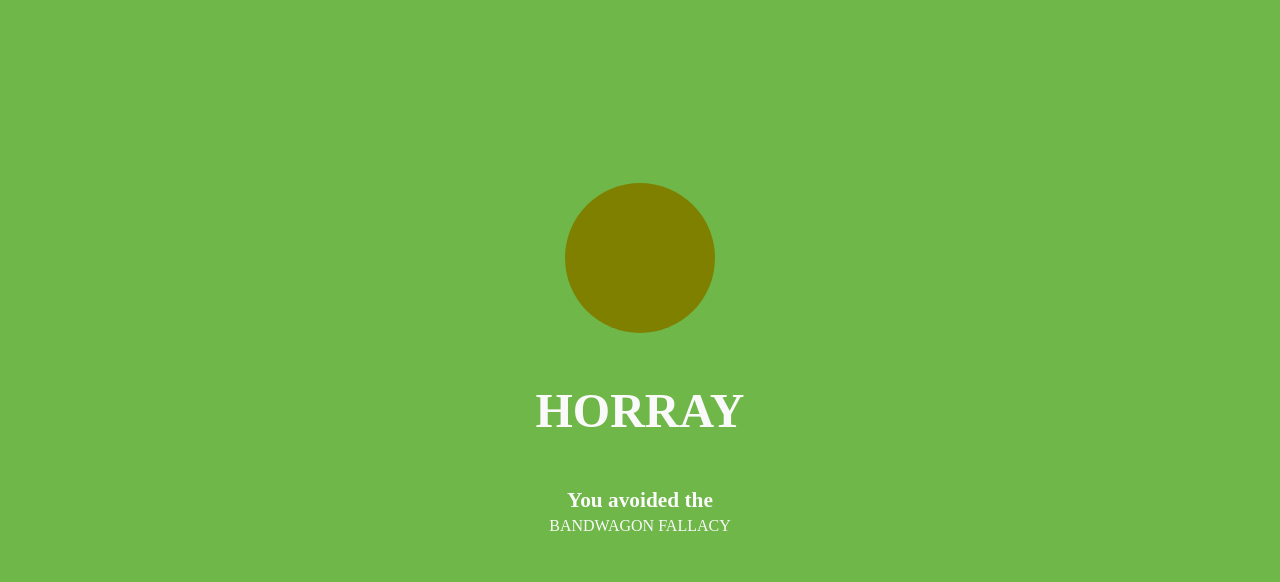
Repository: cindyvunguyen/fallacy
Page: index.html
The author's editor kept a copy of each file at every save. The page is drawn from the files as they stood at one save, then again after the next save.
The browser window is 1280 px wide. The pictures show the whole page.
Some web fonts or font styles are not loaded; a fallback is used.

Above is the page before, as saved 2020-03-12 16:23:15.

### index.html
<!DOCTYPE html>
<html lang="en">
<head>
    <meta charset="UTF-8">
    <meta name="viewport" content="width=device-width, initial-scale=1.0">
    <title>FALLACIES</title>
    <link href="style.css" rel="stylesheet" type="text/css">
</head>
<body>
    <div id="app">

        <!-- CINDY START -->

        <div id="home-page"></div>

        <div id="lets-start-page"></div>

        <div id="question-page"></div>

        <!-- CINDY END -->

        <!-- SOPHIA START -->

        <div id="correct-page">
            <div id="correct-icon"></div>
            <div id="cp-text1">HORRAY</div>
            <div id="cp-a-outcome">
                <div id="cp-text2">You avoided the</div>
                <div id="cp-fallact">BANDWAGON FALLACY</div>
            </div>
        </div>

        <div id="incorrect-page"></div>

        <!-- the two above pages technically have the same HTML. so you can only have 1 div and change the CSS through JS. it's entirely up to you. -->

        <div id="results-page"></div>

        <div id="game-over-page"></div>

        <!-- the two above pages technically have the same HTML, so you can only have 1 div and change the CSS through JS. it's entirely up to you. -->

        <!-- SOPHIA END -->

        <!-- CHLOE START -->

        <div id="review-page"></div>

        <div id="review2-page"></div>

        <div id="fallacy-review-page"></div>

        <div id="three-fallacies-page"></div>
        <!-- change the page's content with JS to show all three fallacies when clicked -->

        <!-- CHLOE END -->
        <script src="js.js"></script>
    </div>
</body>
</html>

### style.css
body {
    margin: 0;
}

#app {
    width: 100vw;
    height: 100vh;
    font-family: Visby;
    background-color: #468091;
    color: #FAFAFA;
}

@font-face {
    font-family: Visby;
    src: url(fonts/VisbyRoundCF-Regular.otf) format("woff");
}

@font-face {
    font-family: Visby;
    src: url(fonts/VisbyRoundCF-ExtraBold.otf) format("woff");
    font-weight: bold;
}

/* CINDY START */

/* CINDY END */

/* SOPHIA START */
#correct-page {
    width: 100vw;
    height: 100vh;
    display: flex;
    /* display: none; */
    flex-direction: column;
    align-items: center;
    justify-content: center;
    background-color: #6eb748; /* incorrect, change to #860000*/
}

#correct-icon {
    background-color: olive;
    width: 150px;
    height: 150px;
    border-radius: 50%;
}

#cp-text1 {
    font-size: 36pt;
    font-weight: bold;
    padding: 50px 0;
}

#cp-text2 {
    font-size: 16pt;
    font-weight: bold;
}

#cp-fallacy {
    font-size: 36pt;
    font-weight: bold;
}

#cp-definition {
    font-size: 16pt;
    line-height: 150px;
}

#cp-a-outcome {
    line-height: 25px;
    display: flex;
    flex-direction: column;
    align-items: center;
    justify-content: center;
}

#incorrect-page {
    width: 100vw;
    height: 100vh;
    /* display: flex; */
    display: none;
    flex-direction: column;
    align-items: center;
    justify-content: center;
    background-color: #860000;
}

#incorrect-icon {
    background-color: olive;
    width: 150px;
    height: 150px;
    border-radius: 50%;
}

#ip-text1 {
    font-size: 36pt;
    font-weight: bold;
    padding: 50px 0;
}

#ip-text2 {
    font-size: 16pt;
    font-weight: bold;
}

#ip-fallacy {
    font-size: 36pt;
    font-weight: bold;
}

#ip-definition {
    font-size: 16pt;
    line-height: 150px;
}

#ip-a-outcome {
    line-height: 25px;
    display: flex;
    flex-direction: column;
    align-items: center;
    justify-content: center;
}

/* SOPHIA END */

/* CHLOE START */

/* CHLOE END */

Loaded but not shown: js.js (no copy from this time; the picture is the same without it)

After the next save:
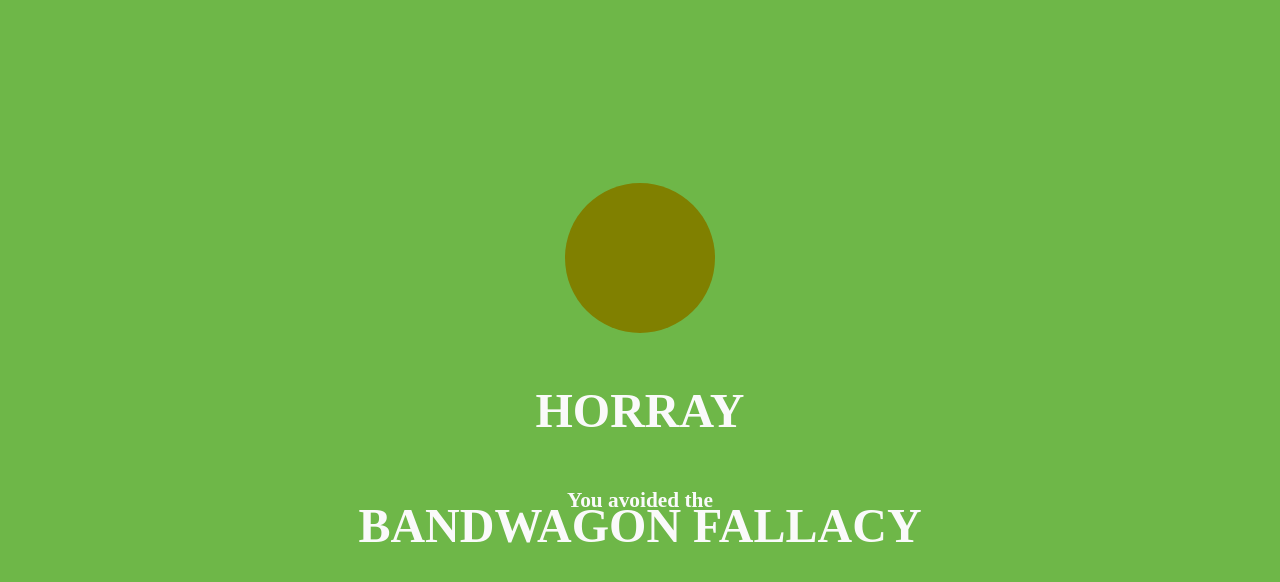
Saved 15 s later.
--- a/index.html
+++ b/index.html
@@ -26,7 +26,7 @@
             <div id="cp-text1">HORRAY</div>
             <div id="cp-a-outcome">
                 <div id="cp-text2">You avoided the</div>
-                <div id="cp-fallact">BANDWAGON FALLACY</div>
+                <div id="cp-fallacy">BANDWAGON FALLACY</div>
             </div>
         </div>
 
